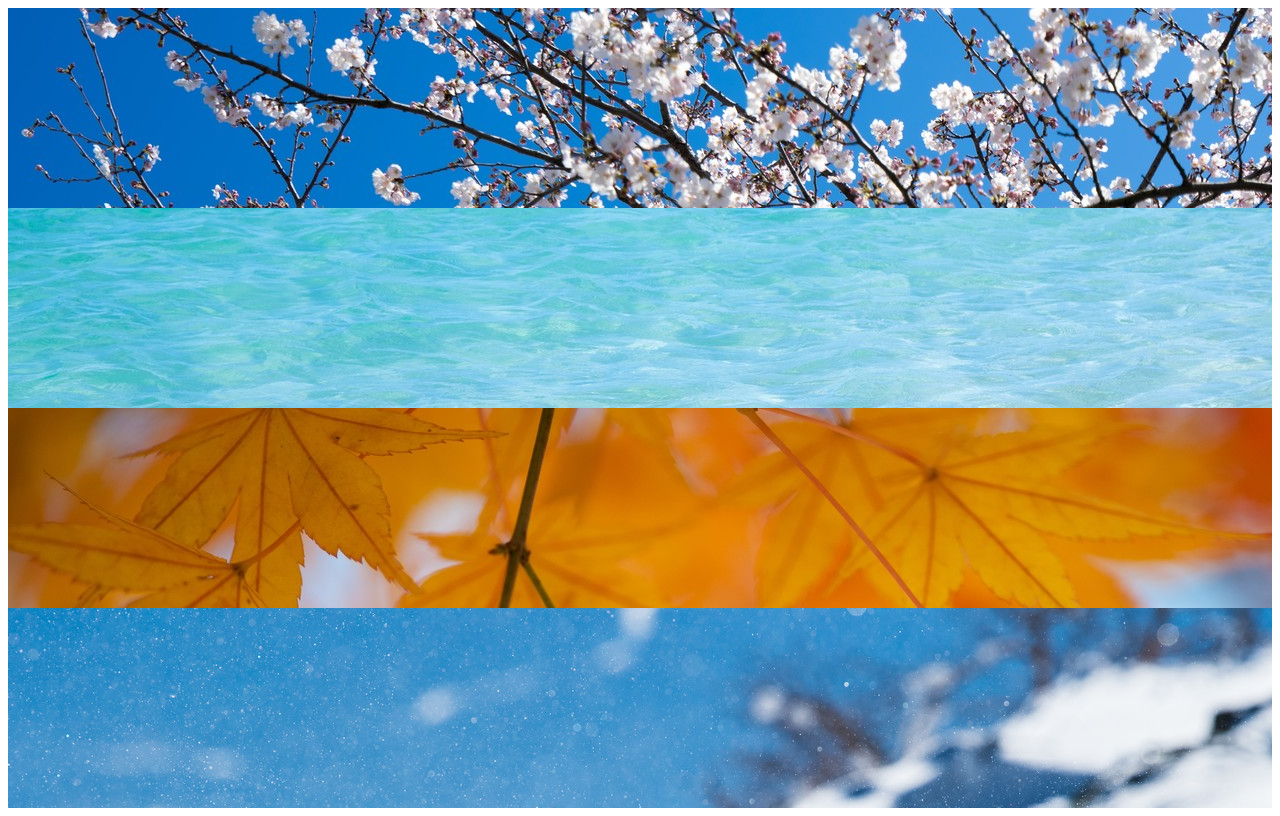
Repository: momopomi/htmlcss
Page: exercise/1-6.html
The author's editor kept a record of every edit. The page is drawn from the files as they stood at one moment, then again after the next edit.
The browser window is 1280 px wide. The pictures show the whole page.

Above is the page before.

### exercise/1-6.html
<!DOCTYPE html>
<html lang="ja">
  <head>
    <meta charset="UTF-8" />
    <!-- CSSファイルの読み込み -->
    <link rel="stylesheet" href="1-6.css" />
    <title>1-6</title>
  </head>

  <body>
    <!-- main用のdiv -->
    <div class="main1"></div>
    <div class="main2"></div>
    <div class="main3"></div>
    <div class="main4"></div>

  </body>
</html>

### exercise/1-6.css
.main1{
  width: 100%;
  height: 200px;
  background-image: url(img/box1.jpg);
}
.main2{
  width: 100%;
  height: 200px;
  background-image: url(img/box2.jpg);
}
.main3{
  width: 100%;
  height: 200px;
  background-image: url(img/box3.jpg);
}
.main4{
  width: 100%;
  height: 200px;
  background-image: url(img/box4.jpg);
}

After the next edit:
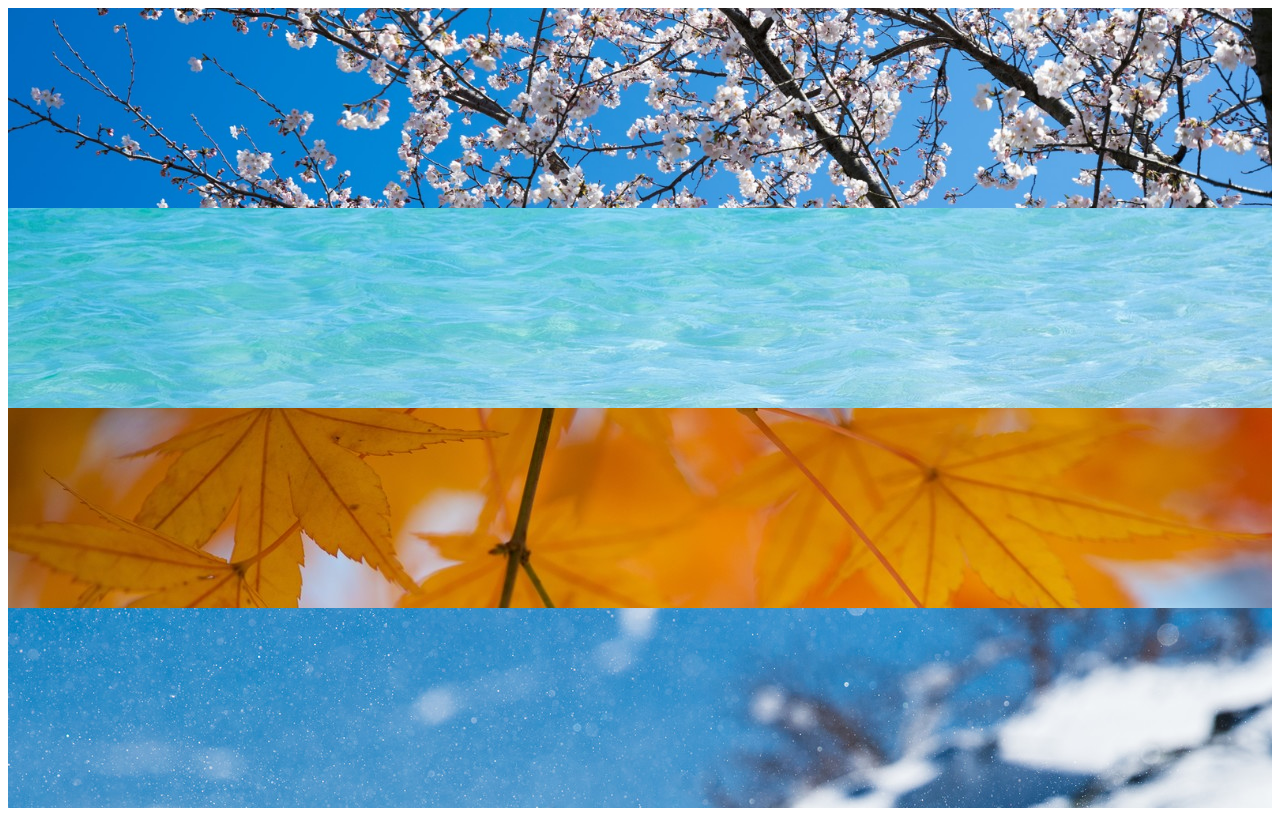
The edit:
--- a/exercise/1-6.css
+++ b/exercise/1-6.css
@@ -2,6 +2,8 @@
   width: 100%;
   height: 200px;
   background-image: url(img/box1.jpg);
+  background-size: cover; /* 縦横比を維持したまま背景領域を埋め尽くす */
+  background-position: center; /* 背景画像を中央に配置 */
 }
 .main2{
   width: 100%;
